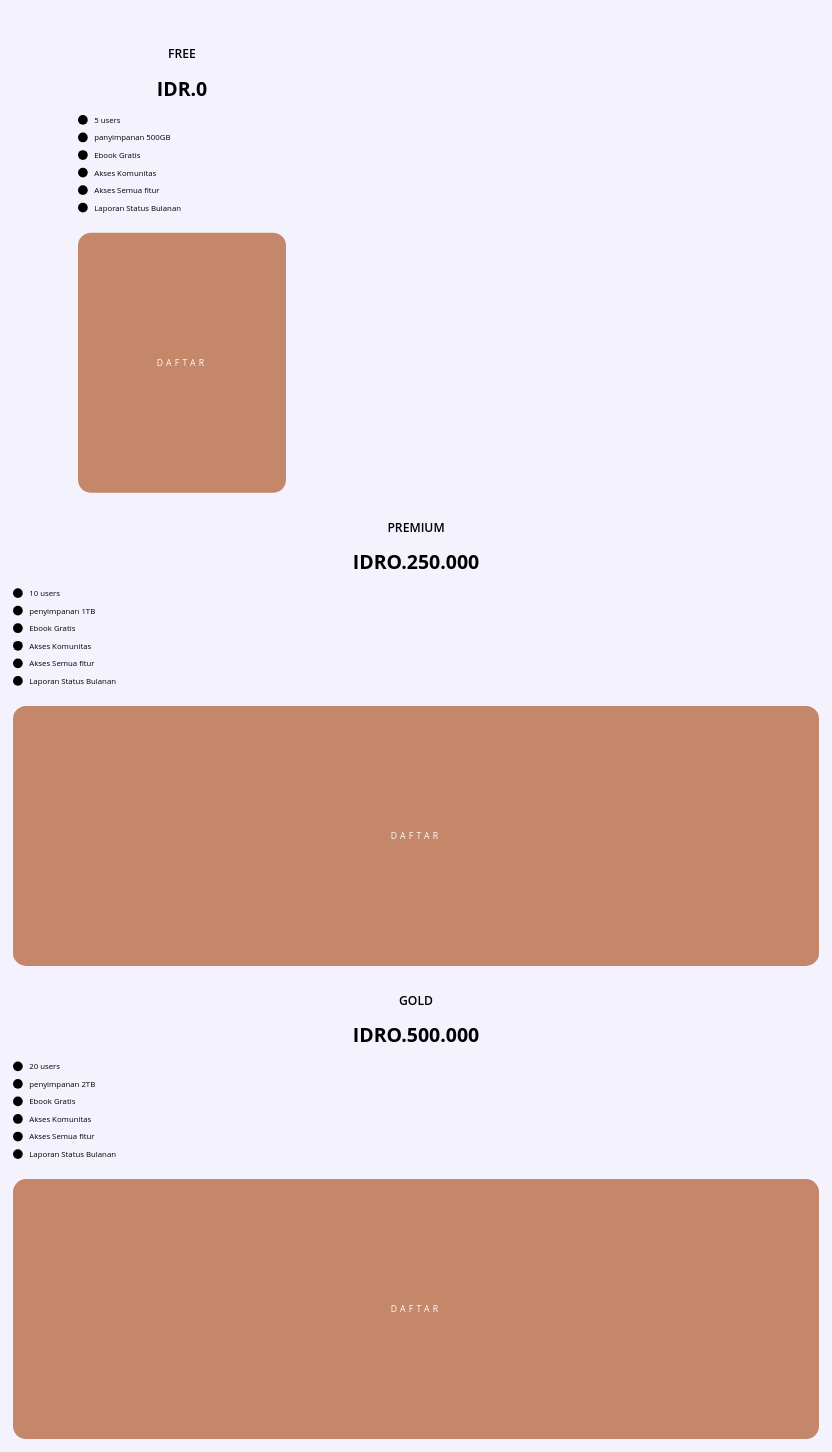
Repository: TUTJAL/my-website
Page: card.html
These files come from the project's save history. The page is drawn as it stood at one moment and after a run of saves; the edit follows.
The browser window is 1280 px wide. The pictures show the whole page, at 65% of full size.
The pointer rests on the first visible `.single-card button`.

Above is the page before, as saved 2024-06-20 11:20:59.

After the next 2 saves:
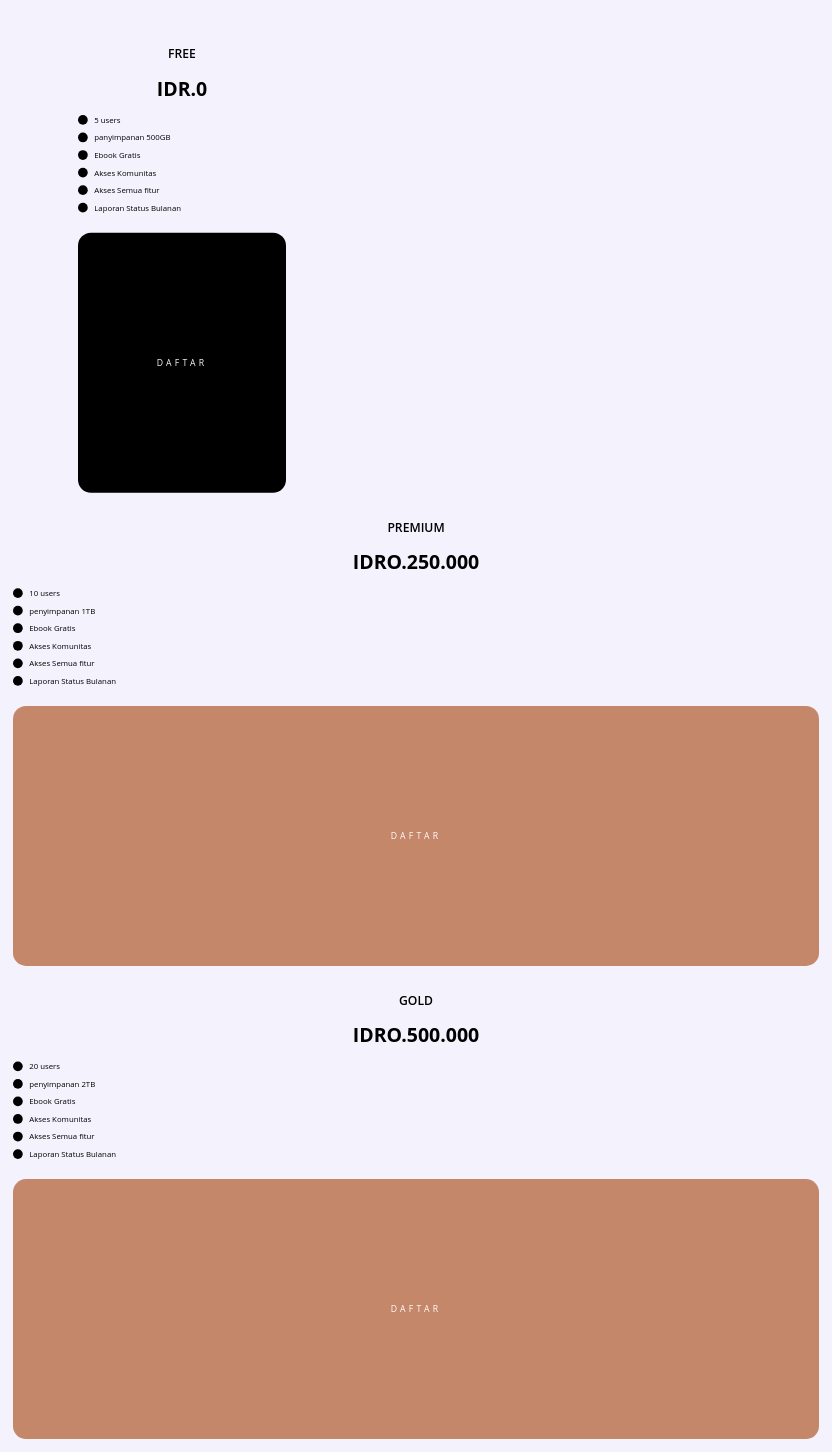
The 2 saves are shown as one change because they came seconds apart.
The last was saved 5 s later.
--- a/card.css
+++ b/card.css
@@ -83,5 +83,5 @@ body{
     transition: .3s;
 }
 .single-card button:hover{
-    background-color: ;
+    background-color: black;
 }
